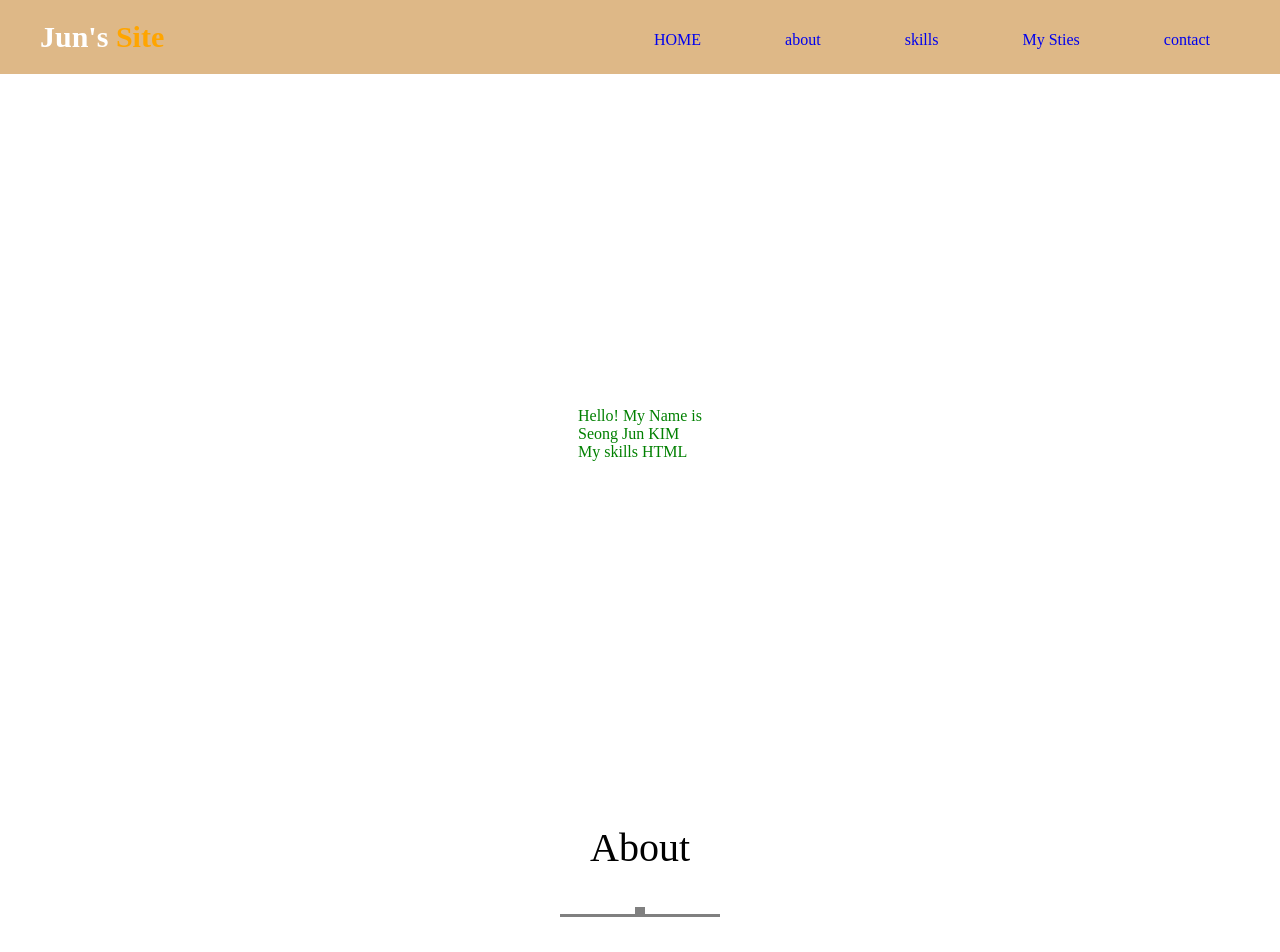
Repository: jun01270/jun
Page: index.html
These files come from the project's save history. The page is drawn as it stood at one moment and after the next save; the edit follows.
The browser window is 1280 px wide. The pictures show the part of the page from y = 0 to 952 px (the page is 2474 px tall).
A picture or video elsewhere on the page could not be fetched, so the positions and the page height are approximate. Some web libraries are served in a nearby version.

Above is the page before, as saved 2023-05-10 10:52:05.

### index.html
<!DOCTYPE html>
<html lang="en">
  <head>
    <meta charset="UTF-8" />
    <meta http-equiv="X-UA-Compatible" content="IE=edge" />
    <meta name="viewport" content="width=device-width, initial-scale=1.0" />
    <link rel="stylesheet" href="./css/style.css" />
    <link rel="stylesheet" href="./css/home.css" />
    <script
      src="https://kit.fontawesome.com/252eac6dbf.js"
      crossorigin="anonymous"
    ></script>
    <title>Jun's site</title>
  </head>
  <body>
    <nav class="navbar">
      <div class="max-width">
        <div class="logo">
          <a href="#home">Jun's <span>Site</span></a>
        </div>
        <ul class="menu-bar">
          <li><a href="#home" class="menu-btn" id="homeID">HOME</a></li>
          <li><a href="#about" class="menu-btn" id="homeID">about</a></li>
          <li><a href="#skills" class="menu-btn">skills</a></li>
          <li><a href="#my-sites" class="menu-btn">My Sties</a></li>
          <li><a href="#contact" class="menu-btn">contact</a></li>
        </ul>
      </div>
    </nav>

    <!--home섹션-->
    <section class="home" id="home">
      <div class="max-width">
        <div class="home-section">
          <div class="text-1">Hello! My Name is</div>
          <div class="text-1">Seong Jun KIM</div>
          <div class="text-1">My skills <span class="typing1">HTML</span></div>
        </div>
      </div>
    </section>

    <!--about섹션-->
    <section class="about">
      <div class="max-width">
        <h2 class="title">About</h2>
        <div class="about-content">
          <div class="left-column"></div>
          <div class="right-column">
            <div class="about-text">I'm Seong Jun KIM</div>
            <div class="about-skills">
              My skills <span class="typing2">HTML</span>
            </div>
            <p>
              안녕하세요 프론트엔드 개발자를 꿈꾸는 주니어 개발자 김성준입니다.
            </p>
          </div>
        </div>
      </div>
    </section>

    <!--skills섹션-->
    <section class="skills">
      <div class="max-width">
        <h2 class="title">My Skills</h2>
        <div class="skills-content">
          <div class="left-column">
            <div class="skills-text">
              <div class="sub-title">My skills & Experience</div>
              <p>HTML, Css, js , react를 다루고 있습니다.</p>
            </div>
          </div>
          <div class="rigth-column">
            <div class="bars">
              <div class="bars-content">
                <span>HTML</span>
                <span>90%</span>
              </div>
              <div class="line-html"></div>
            </div>
            <div class="bars">
              <div class="bars-content">
                <span>Css</span>
                <span>80%</span>
              </div>
              <div class="line-css"></div>
            </div>
            <div class="bars">
              <div class="bars-content">
                <span>JS</span>
                <span>80%</span>
              </div>
              <div class="line-js"></div>
            </div>
            <div class="bars">
              <div class="bars-content">
                <span>React</span>
                <span>80%</span>
              </div>
              <div class="line-react"></div>
            </div>
          </div>
        </div>
      </div>
    </section>

    <!--My sties섹션-->
    <section class="my-sites">
      <div class="max-width">
        <h2 class="title">My Sites</h2>
        <div class="my-sites-content">
          <div class="left-column">
            <a href="https://web-jun.tistory.com/" target="_blank">
              <div class="site">
                <div class="site-images">
                  <img src="/img/blog.jpg" alt="" />
                  <div class="site-text">BLOG</div>
                  <p>개발하는 블로그입니다.</p>
                </div>
              </div>
            </a>
          </div>
          <div class="right-column">
            <a href="https://github.com/jun01270" target="_blank">
              <div class="site">
                <div class="site-images">
                  <img src="/img/github.jpg" alt="" />
                  <div class="site-text">BLOG</div>
                  <p>깃허브 사이트입니다.</p>
                </div>
              </div>
            </a>
          </div>
        </div>
      </div>
    </section>

    <!--Contact 섹션-->
    <section class="contact">
      <div class="max-width">
        <h2 class="title">Contact me</h2>
        <div class="contact-content">
          <div class="left-column">
            <div class="contact-text">My information</div>
            <p>
              동양미래대학교 컴퓨터소프트웨어공학과를 졸업하여 프론트엔드
              개발자가 되고싶은 주니어 개발자입니다.
            </p>
            <div class="icons-content">
              <i class="fas fa-user"></i>
              <div class="info">
                <div class="head">Name</div>
                <div class="tail">Seong Jun KIM</div>
              </div>
            </div>
            <div class="icons-content">
              <i class="fas fa-envelope"></i>
              <div class="info">
                <div class="head">E-mail</div>
                <div class="tail">kimsj012731@gmail.com</div>
              </div>
            </div>
            <div class="icons-content">
              <i class="fas fa-map-marked-alt"></i>
              <div class="info">
                <div class="head">Address</div>
                <div class="tail">경기도 광명시</div>
              </div>
            </div>
          </div>
          <div class="right-column">
            <div class="contact-text">Message Me!</div>
            <form action="#">
              <div class="fields">
                <div class="fields name">
                  <input type="text" placeholder="Name" />
                </div>
                <div class="fields Email">
                  <input type="email" placeholder="E-mail" />
                </div>
              </div>
              <div class="fields subject">
                <input type="text" placeholder="Subject" />
              </div>
              <div class="fields contact-area">
                <textarea
                  cols="30"
                  rows="10"
                  placeholder="Contact.. "
                  required
                ></textarea>
              </div>
              <div class="button">
                <button type="submit">Send Message</button>
              </div>
            </form>
          </div>
        </div>
      </div>
    </section>

    <!--Footer섹션-->
    <footer></footer>

    <!--JS섹션-->
  </body>
</html>

### css/style.css
@import url("https://fonts.googleapis.com/css2?family=Lora&display=swap");

* {
  margin: 0;
  padding: 0;
  box-sizing: border-box;
  text-decoration: none;
}

html {
  scroll-behavior: smooth;
}

.home .about .skills .my-sites .contact {
  padding-top: 86px;
}

.max-width {
  max-width: 1300px;
  padding: 0 20px;
  margin: auto;
}

.section {
  padding: 100px 0;
}

/* .about, .skills, .my-sites, .contact, .footer{
    //폰트삽입
} */

.title {
  position: relative;
  text-align: center;
  font-size: 40px;
  font-weight: 500;
  margin: 30px 0 100px 0;
  padding-bottom: 8px;
}

.title::before {
  content: "";
  position: absolute;
  bottom: -38px;
  left: 50%;
  width: 160px;
  height: 3px;
  background-color: gray;
  transform: translateX(-50%);
}

.title::after {
  content: "";
  position: absolute;
  bottom: -38px;
  left: 50%;
  font-size: 20px;
  color: rgb(255, 164, 45);
  padding: 5px;
  background-color: gray;
  transform: translateX(-50%);
}

.about .about-content,
.skills .skills-content,
.my-sites .my-sites-content,
.contact .contact-content {
  display: flex;
  align-items: center;
  flex-wrap: wrap;
  justify-content: space-between;
}

.navbar {
  position: relative;
  width: 100%;
  padding: 20px 0;
  z-index: 999;
  transition: all 0.3s ease;
  background-color: burlywood;
}

.navbar .max-width {
  display: flex;
  align-items: center;
  justify-content: space-between;
}

.navbar .logo {
  font-size: 30px;
  font-weight: 600;
  margin-left: 20px;
  color: black;
}

.navbar .logo a {
  color: white;
  text-decoration: none;
}

.navbar .logo a span {
  color: orange;
  transition: all 0.3s ease;
}

.navbar .menu-bar li {
  list-style: none;
  margin: 5px 20px 0 0;
  display: inline-block;
}

.navbar .menu-bar li a {
  padding: 8px 30px;
}

.menu-bar li:hover {
  background-color: orange;
  border-radius: 3px;
}

@media screen and (max-width: 700px) {
  .navbar {
    flex-direction: column;
    align-items: flex-start;
    margin: 0;
  }

  .menu-bar {
    flex-direction: column;
    align-items: center;
    width: 100%;
  }

  .menu-bar li {
    width: 100%;
    text-align: center;
  }
}

### css/home.css
.home{
    display:flex;
    height: 100vh;
    min-height: 500px;
    color: green;
    background-image: "./img/background.png";
}

After the next save:
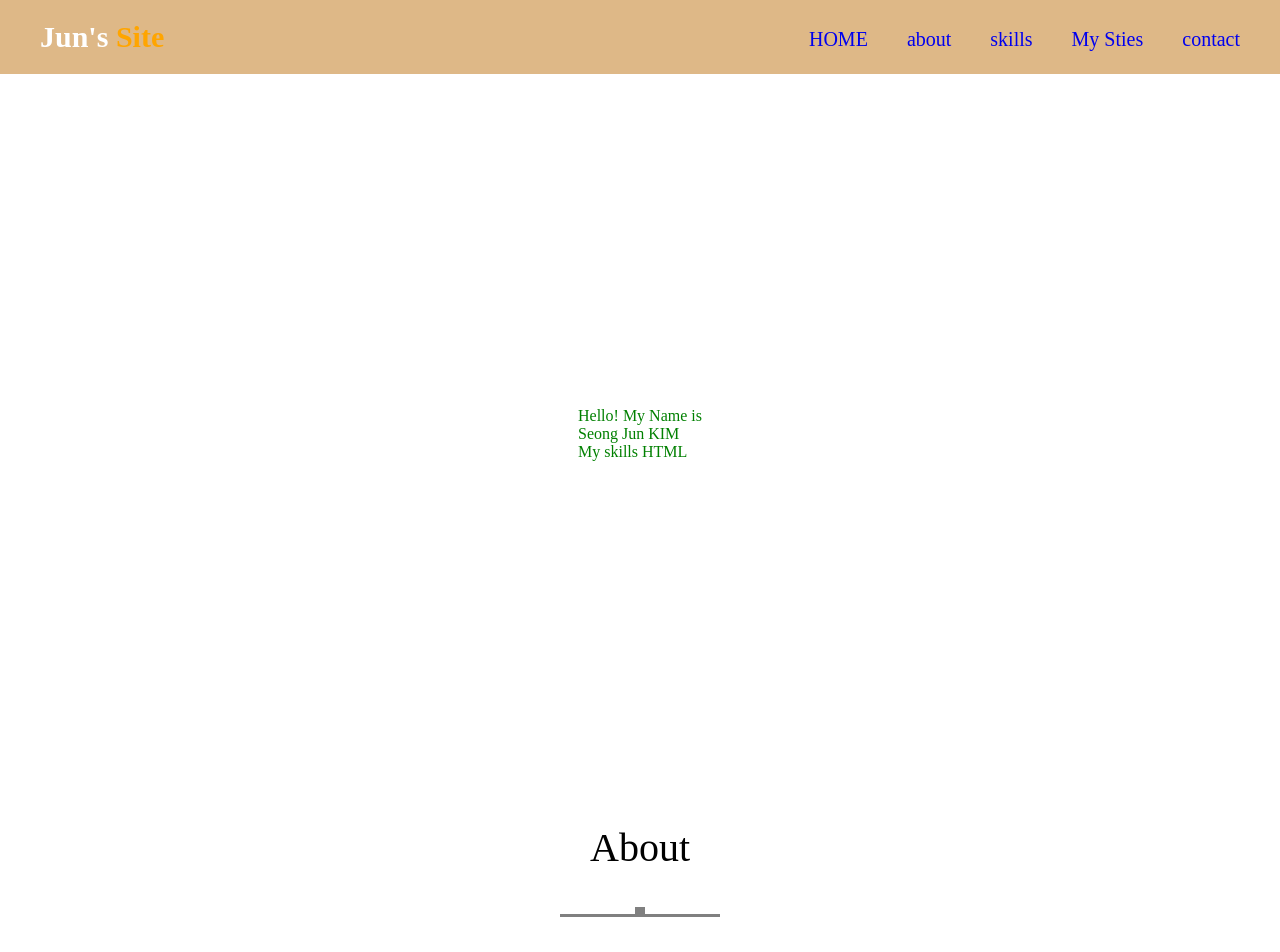
Saved 55 s later.
--- a/css/style.css
+++ b/css/style.css
@@ -110,7 +110,12 @@ html {
 }
 
 .navbar .menu-bar li a {
-  padding: 8px 30px;
+  display: block;
+  text-decoration: none;
+  font-size: 20px;
+  font-weight: 500;
+  margin-left: 15px;
+  transition: all 0.3s ease;
 }
 
 .menu-bar li:hover {
